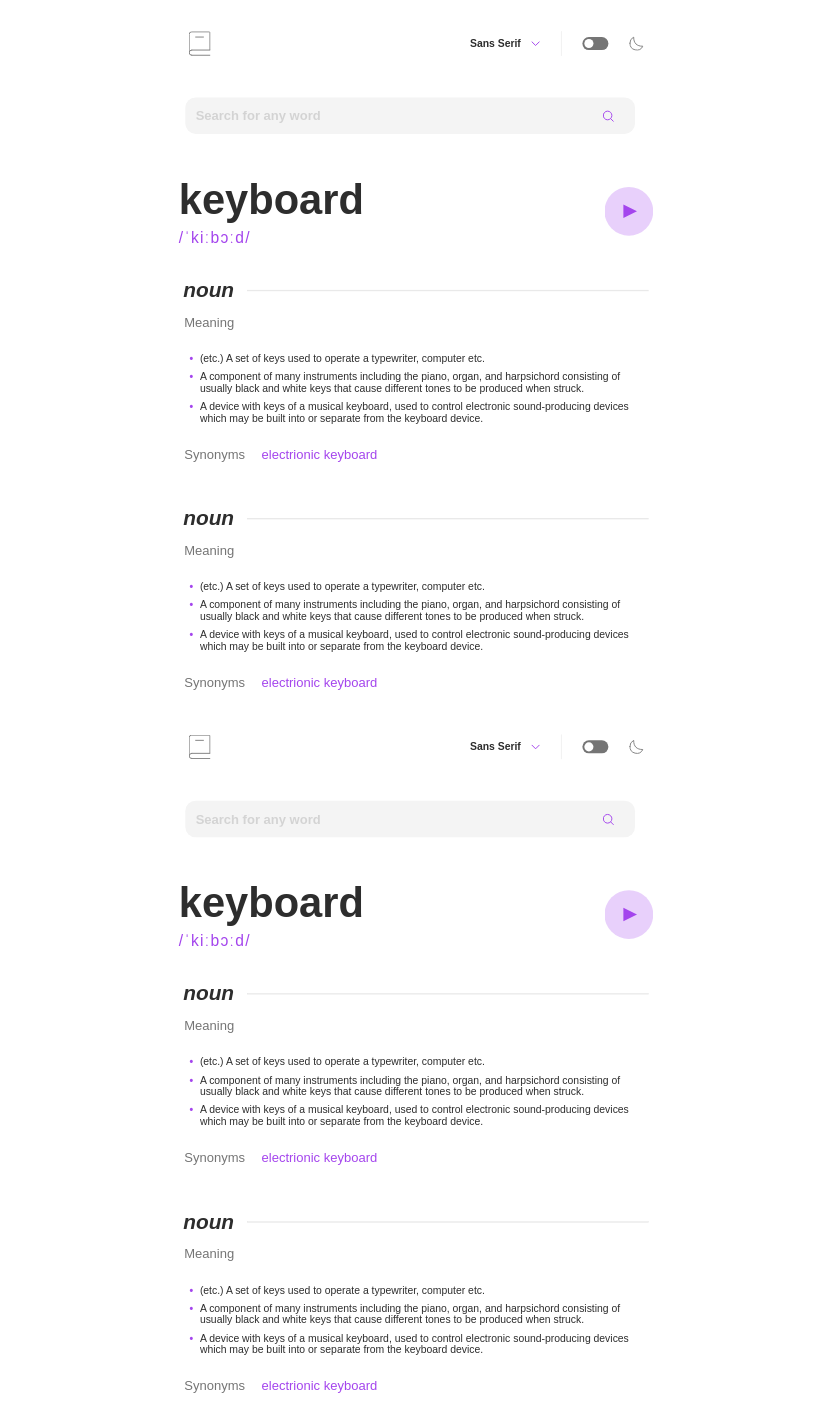
Repository: Arkitecth/dictionary-app
Page: index.html
An editor plug-in stored every save of this project. The page is shown before and after the next save, followed by the edit.
The browser window is 1280 px wide. The pictures show the whole page, at 65% of full size.

Above is the page before, as saved 2023-07-20 19:31:10.
Console error: SyntaxError: Identifier 'App' has already been declared

After the next save:
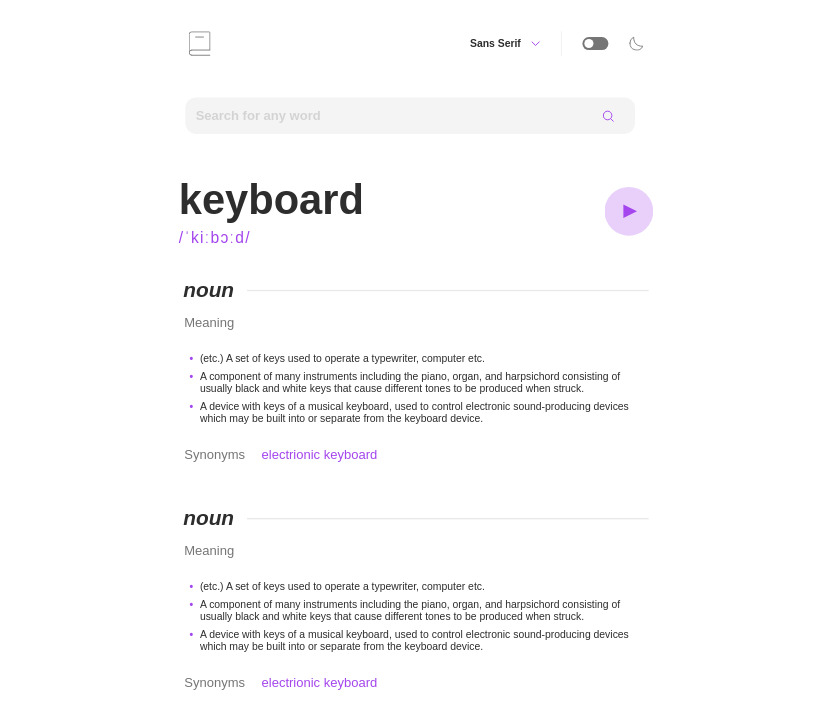
The error is gone.
Saved 28 s later.
--- a/index.html
+++ b/index.html
@@ -18,7 +18,7 @@
         <img class="arrow-down" src="assets/images/icon-arrow-down.svg" alt="icon-arrow-down">
         <div class="modal">
           <ul>
-            <li>Sans Serif</li>
+            <li>Sans-Serif</li>
             <li>Serif</li>
             <li>Mono</li>
           </ul>
@@ -94,99 +94,3 @@
   <script src="script.js"></script>
 </body>
 </html>
-<!DOCTYPE html>
-<html lang="en">
-<head>
-  <meta charset="UTF-8">
-  <meta name="viewport" content="width=device-width, initial-scale=1.0">
-  <link rel="stylesheet" href="styles.css">
-  <title>Dictionary</title>
-</head>
-<body>
-
-  <!-- Navigation -->
-  <nav>
-    <img src="assets/images/logo.svg" alt="logo">
-
-    <div class="right">
-      <div class="fonts">
-        <p>Sans Serif</p>
-        <img class="arrow-down" src="assets/images/icon-arrow-down.svg" alt="icon-arrow-down">
-        <div class="modal">
-          <ul>
-            <li>Sans Serif</li>
-            <li>Serif</li>
-            <li>Mono</li>
-          </ul>
-        </div>
-
-      </div>
-
-      <div class="ruler"></div>
-
-      <div class="togglers">
-        <!-- Rounded switch -->
-        <label class="switch">
-          <input type="checkbox">
-          <span class="slider round"></span>
-        </label>
-        <img src="assets/images/icon-moon.svg" alt="moon-icon">
-      </div>
-    </div>
-  </nav>
-
-
-  <!-- Search Bar -->
-  <section class="search">
-    <label for="search-bar"></label>
-    <input type="text" name="search-bar" id="search-bar" placeholder="Search for any word">
-    <img src="assets/images/icon-search.svg" alt="search-icon" class="search-icon">
-  </section>
-
-
-  <main>
-    <section class="word-view">
-      <div class="word-group">
-        <h1>keyboard</h1>
-        <p>/ˈkiːbɔːd/</p>
-      </div>
-      <img class="icon-play" src="assets/images/icon-play.svg" alt="icon-play">
-    </section>
-
-    <div class="speech-part-group">
-      <p class="speech-part">noun</p>
-      <div class="grey-rule"></div>
-    </div>
-
-    <section class="description">
-      <p>Meaning</p>
-      <ul>
-        <li>(etc.) A set of keys used to operate a typewriter, computer etc.</li>
-        <li>A component of many instruments including the piano, organ, and harpsichord consisting of usually black and white keys that cause different tones to be produced when struck.</li>
-        <li>A device with keys of a musical keyboard, used to control electronic sound-producing devices which may be built into or separate from the keyboard device.</li>
-      </ul>
-      <p class="synonymn">Synonyms <span>electrionic keyboard</span></p>
-
-    </section>
-
-    <div class="speech-part-group">
-      <p class="speech-part">noun</p>
-      <div class="grey-rule"></div>
-    </div>
-
-    <section class="description">
-      <p>Meaning</p>
-      <ul>
-        <li>(etc.) A set of keys used to operate a typewriter, computer etc.</li>
-        <li>A component of many instruments including the piano, organ, and harpsichord consisting of usually black and white keys that cause different tones to be produced when struck.</li>
-        <li>A device with keys of a musical keyboard, used to control electronic sound-producing devices which may be built into or separate from the keyboard device.</li>
-      </ul>
-      <p class="synonymn">Synonyms <span>electrionic keyboard</span></p>
-
-    </section>
-
-  </main>
-
-  <script src="script.js"></script>
-</body>
-</html>
